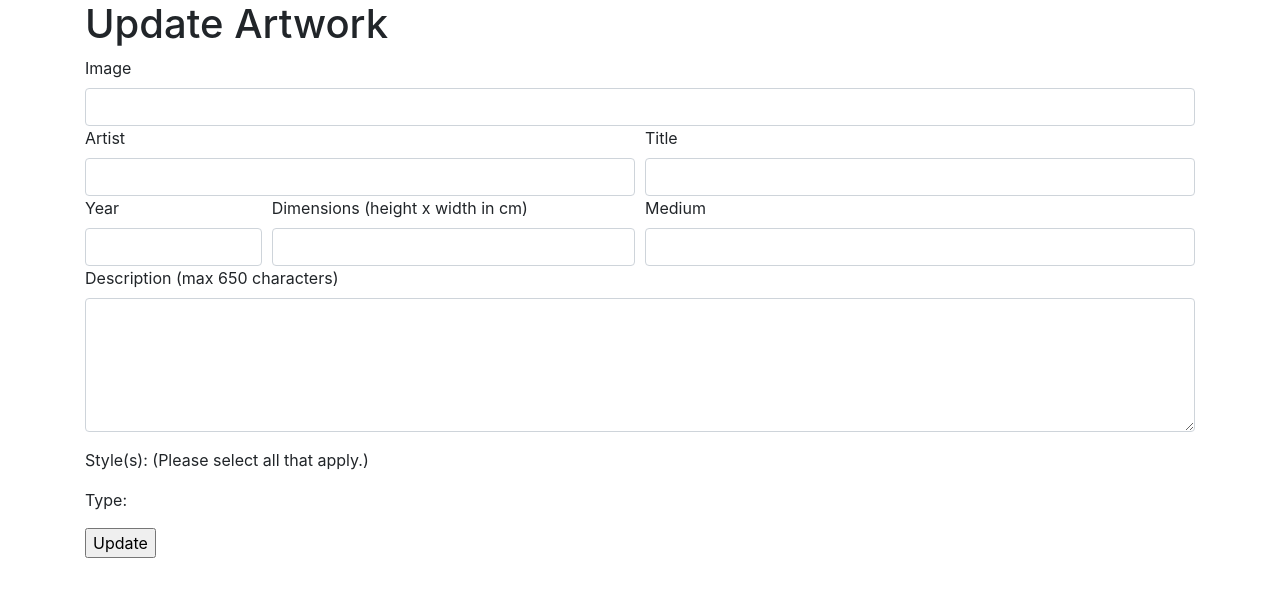
Repository: lynette-lyf/artwork-inventory
Page: templates/edit_artwork.template.html
The author's editor kept a record of every edit. The page is drawn from the files as they stood at one moment, then again after the next edit.
The browser window is 1280 px wide. The pictures show the whole page.
The page is served by the project's application, run on Flask 3 (app.py). The template is opened directly, without the code that normally fills it, so the values that code supplies are empty.

Above is the page before.

### templates/edit_artwork.template.html
<!doctype html>
<html lang="en">
  <head>
    <!-- Required meta tags -->
    <meta charset="utf-8">
    <meta name="viewport" content="width=device-width, initial-scale=1, shrink-to-fit=no">

    <!-- Bootstrap CSS -->
    <link rel="stylesheet" href="https://stackpath.bootstrapcdn.com/bootstrap/4.3.1/css/bootstrap.min.css" integrity="sha384-ggOyR0iXCbMQv3Xipma34MD+dH/1fQ784/j6cY/iJTQUOhcWr7x9JvoRxT2MZw1T" crossorigin="anonymous">

    <title>Update: {{artworksAndConsigners["title"]}} by {{artworksAndConsigners["artist"]}}</title>
  </head>
  <body>
    <div class='container'>
        <h1>Update Artwork</h1>
        <form class='form' method="POST">
          <div class='form-row'>
              <div class='col-12'>
                <label>Image</label>
                <input type='text' class='form-control' name='image' value='{{artworksAndConsigners["image"]}}' required/>
            </div>
            <div class='col-6'>
                <label>Artist</label>
                <input type='text' class='form-control' name='artist' value='{{artworksAndConsigners["artist"]}}' required/>
            </div>
            <div class='col-6'>
                <label>Title</label>
                <input type='text' class='form-control' name='title' value='{{artworksAndConsigners["title"]}}' required/>
            </div>
          </div>

          <div class='form-row'>
            <div class='col-2'>
                <label>Year</label>
                <input type='number' class='form-control' maxlength='4' min='1000' max='2019' name='year' value='{{artworksAndConsigners["year"]}}' required/>
            </div>
            <div class='col-4'>
                <label>Dimensions (height x width in cm)</label>
                <input type='text' class='form-control' name='dimensions' value='{{artworksAndConsigners["dimensions"]}}' required/>
            </div>
            <div class='col-6'>
                <label>Medium</label>
                <input type='text' class='form-control' name='medium' value='{{artworksAndConsigners["medium"]}}' required/>
            </div>
          </div>

            <div class='form-group'>
                <label>Description (max 650 characters)</label>
                <textarea class="form-control" rows="5" maxlength='650' name='description'>{{artworksAndConsigners["description"]}}</textarea>
            </div>


            <div class='form-group'>
                <p>Style(s): (Please select all that apply.)</p>
                {%for t in all_styles %}
                <input type="checkbox" name="type" value="{{t}}"
                {%if t in selected_type %}
                checked
                {%endif%}
                /><label>{{t}}</label>
                {%endfor%}
            </div>

            <div class='form-group'>
                <p>Type:</p>
                {%for t in all_types %}
                <input type="checkbox" name="type" value="{{t}}"
                {%if t in selected_type %}
                checked
                {%endif%}
                /><label>{{t}}</label>
                {%endfor%}
            </div>

            <input type="submit" value="Update"/>
        </form>
    </div>

    <!-- Optional JavaScript -->
    <!-- jQuery first, then Popper.js, then Bootstrap JS -->
    <script src="https://code.jquery.com/jquery-3.3.1.slim.min.js" integrity="sha384-q8i/X+965DzO0rT7abK41JStQIAqVgRVzpbzo5smXKp4YfRvH+8abtTE1Pi6jizo" crossorigin="anonymous"></script>
    <script src="https://cdnjs.cloudflare.com/ajax/libs/popper.js/1.14.7/umd/popper.min.js" integrity="sha384-UO2eT0CpHqdSJQ6hJty5KVphtPhzWj9WO1clHTMGa3JDZwrnQq4sF86dIHNDz0W1" crossorigin="anonymous"></script>
    <script src="https://stackpath.bootstrapcdn.com/bootstrap/4.3.1/js/bootstrap.min.js" integrity="sha384-JjSmVgyd0p3pXB1rRibZUAYoIIy6OrQ6VrjIEaFf/nJGzIxFDsf4x0xIM+B07jRM" crossorigin="anonymous"></script>
  </body>
</html>

### app.py
from flask import Flask, render_template, request, redirect, url_for, flash
import os
from bson import ObjectId
import re

import pymongo

MONGO_URI = os.getenv('MONGO_URI')
DATABASE_NAME = 'artworksAndConsigners'

conn = pymongo.MongoClient(MONGO_URI)

def get_connection():
    conn = pymongo.MongoClient(MONGO_URI)
    return conn

app = Flask(__name__)

# READ**************************************************************************

@app.route('/')
def index():
    search_terms = request.args.get('search-by')
    filter = request.args.getlist('filter')

    all_styles = ['Abstract', 'Abstract Expressionist', 'Contemporary', 'Cubism', 'Expressionism', 'Figurative', 'Geometric', 'Minimalism', 'Modern', 'Nanyang', 'Pop Art', 'Realism', 'Renaissance', 'Surrealism']
    all_types = ['Acrylic', 'Canvas', 'Calligraphy', 'Ink', 'Installation', 'Fabric', 'Oil', 'Paper', 'Painting', 'Portrait', 'Printmaking', 'Sculpture', 'Watercolour']

    search_criteria = {}
    print (search_criteria)
    if search_terms is not None and search_terms is not "":
        search_criteria["title"] = re.compile(r'{}'.format(search_terms), re.I)

    if len(filter) > 0:
        search_criteria['all_styles', 'all_types'] = {
            '$all' : filter
        }

    print (search_criteria)

    if search_terms is None:
        search_terms = ""

    conn = get_connection()
    artworksAndConsigners = conn[DATABASE_NAME]['artworksAndConsigners'].find(search_criteria)
    return render_template('index.template.html', results=artworksAndConsigners, search_terms=search_terms, filter=filter, all_styles=all_styles, all_types=all_types)

# CREATE************************************************************************

@app.route('/add-artwork')
def show_add_artwork_form():
    return render_template('add_artwork.template.html')

@app.route('/add-artwork', methods=['POST'])
def process_add_artwork_form():
    image = request.form.get('image')
    artist = request.form['artist']
    title = request.form['title']
    year = request.form['year']
    dimensions = request.form['dimensions']
    medium = request.form['medium']
    description = request.form['description']
    type = request.form.getlist('type')

    conn = get_connection()
    conn[DATABASE_NAME]['artworksAndConsigners'].insert({
        "image" : image,
        "artist" : artist,
        "title" : title,
        "year" : year,
        "dimensions" : dimensions,
        "medium" : medium,
        "description" : description,
        "type" : type
    })

    return redirect("/")

# UPDATE************************************************************************

@app.route('/edit-artwork/<artwork_id>')
def show_edit_artwork_form(artwork_id):
    conn = get_connection()
    artwork = conn[DATABASE_NAME]['artworksAndConsigners'].find_one({
        '_id': ObjectId(artwork_id)
    })

    results = artwork['type']
    all_styles = ['Abstract', 'Abstract Expressionist', 'Contemporary', 'Cubism', 'Expressionism', 'Figurative', 'Geometric', 'Minimalism', 'Modern', 'Nanyang', 'Pop Art', 'Realism', 'Renaissance', 'Surrealism']
    all_types = ['Acrylic', 'Canvas', 'Calligraphy', 'Ink', 'Installation', 'Fabric', 'Oil', 'Paper', 'Painting', 'Portrait', 'Printmaking', 'Sculpture', 'Watercolour']

    return render_template('edit_artwork.template.html', artworksAndConsigners=artwork,
    selected_type=results, all_styles=all_styles, all_types=all_types)

@app.route("/edit-artwork/<artwork_id>", methods=['POST'])
def process_edit_artwork_form(artwork_id):
    image = request.form.get('image')
    artist = request.form['artist']
    title = request.form['title']
    year = request.form['year']
    dimensions = request.form['dimensions']
    medium = request.form['medium']
    description = request.form['description']
    type = request.form.getlist('type')

    conn = get_connection()
    conn[DATABASE_NAME]["artworksAndConsigners"].update({
        '_id': ObjectId(artwork_id)
    }, {
       "image" : image,
        "artist" : artist,
        "title" : title,
        "year" : year,
        "dimensions" : dimensions,
        "medium" : medium,
        "description" : description,
        "type": type
    })

    return redirect("/")


# DELETE************************************************************************

@app.route('/confirm-delete-artwork/<artwork_id>')
def confirm_delete_artwork(artwork_id):

    artwork = conn[DATABASE_NAME]["artworksAndConsigners"].find_one({
        '_id': ObjectId(artwork_id)
    }, {
        "title": 1,
        "artist": 1
    })

    return render_template('confirm_delete_artwork.template.html', artworksAndConsigners=artwork)

@app.route('/delete-artwork/<artwork_id>')
def delete_artwork(artwork_id):
    conn[DATABASE_NAME]["artworksAndConsigners"].delete_one({
        '_id': ObjectId(artwork_id)
    })

    return redirect('/')

# "magic code" -- boilerplate
if __name__ == '__main__':
    app.run(host=os.environ.get('IP'),
    port=int(os.environ.get('PORT')),
    debug=True)

After the next edit:
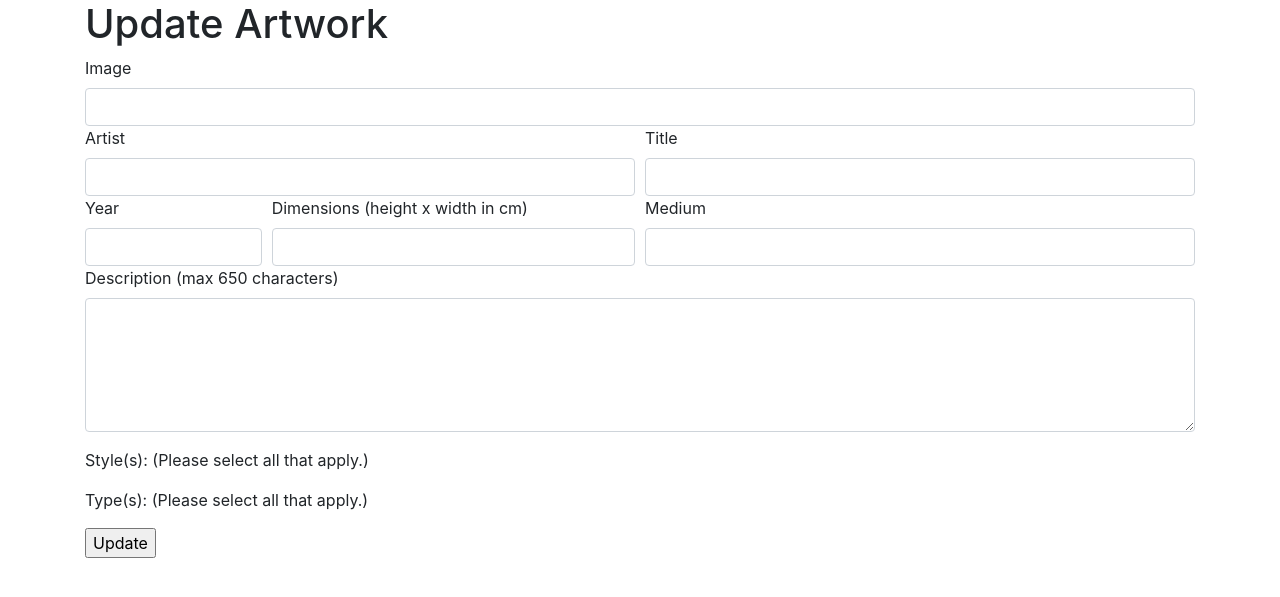
The edit:
--- a/templates/edit_artwork.template.html
+++ b/templates/edit_artwork.template.html
@@ -62,7 +62,7 @@
             </div>
 
             <div class='form-group'>
-                <p>Type:</p>
+                <p>Type(s): (Please select all that apply.)</p>
                 {%for t in all_types %}
                 <input type="checkbox" name="type" value="{{t}}"
                 {%if t in selected_type %}
